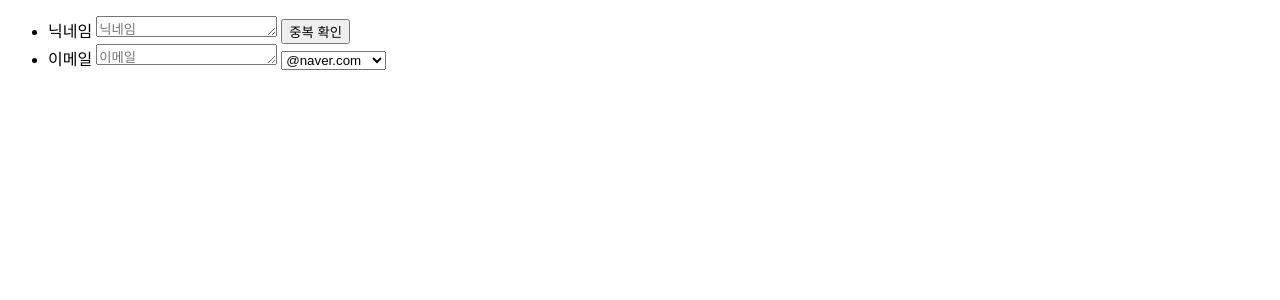
Repository: onpul/TEAM1
Page: http://localhost/Riding/mj/JoinForm.jsp
The author's editor kept a copy of each file at every save. The page is drawn from the files as they stood at one save, then again after the next save.
The browser window is 1280 px wide. The pictures show the whole page.
The page is served by Tomcat 9. Other server files are loaded and not shown.

Above is the page before, as saved 2022-06-04 09:25:15.

### Riding/WebContent/mj/JoinForm.jsp
<%@ page contentType="text/html; charset=UTF-8"%>
<%
	request.setCharacterEncoding("UTF-8");
	String cp = request.getContextPath();
%>
<!DOCTYPE html>
<html>
<head>
<meta charset="UTF-8">
<title>JoinForm.jsp</title>
</head>
<body>

<div>
	<form action="">
		<ul>
			<li>닉네임 <textarea name="nickname" id="nickname" cols="20" rows="1" placeholder="닉네임"></textarea> <button type="button">중복 확인</button></li>
			<li>이메일 <textarea name="" id="" cols="20" rows="1" placeholder="이메일"></textarea>
						<select name="" id="">
							<option value="네이버">@naver.com</option>
							<option value="구글">@google.com</option>
							<option value="네이트">@nate.com</option>
						</select>
			</li>
		</ul>
	</form>
</div>

</body>
</html>

After the next save:
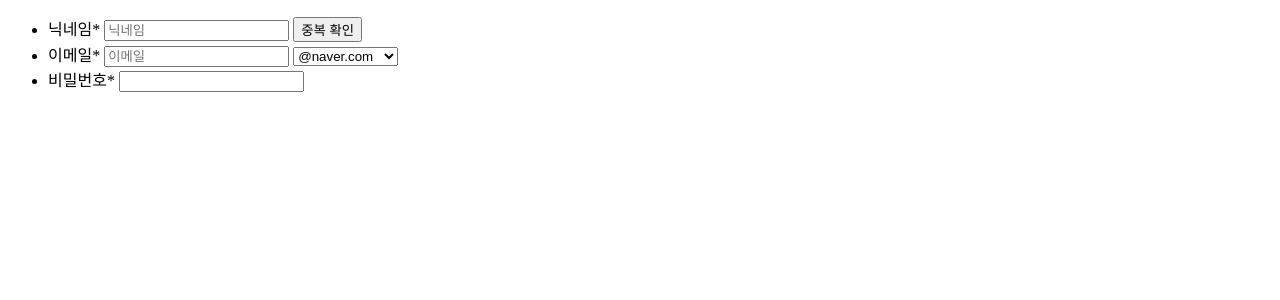
Saved 117 s later.
--- a/Riding/WebContent/mj/JoinForm.jsp
+++ b/Riding/WebContent/mj/JoinForm.jsp
@@ -14,14 +14,15 @@
 <div>
 	<form action="">
 		<ul>
-			<li>닉네임 <textarea name="nickname" id="nickname" cols="20" rows="1" placeholder="닉네임"></textarea> <button type="button">중복 확인</button></li>
-			<li>이메일 <textarea name="" id="" cols="20" rows="1" placeholder="이메일"></textarea>
+			<li>닉네임* <input type="text" placeholder="닉네임"/> <button type="button">중복 확인</button></li>
+			<li>이메일* <input type="text" placeholder="이메일"/></textarea>
 						<select name="" id="">
 							<option value="네이버">@naver.com</option>
 							<option value="구글">@google.com</option>
 							<option value="네이트">@nate.com</option>
 						</select>
 			</li>
+			<li>비밀번호* <input type="password" /></li>
 		</ul>
 	</form>
 </div>
